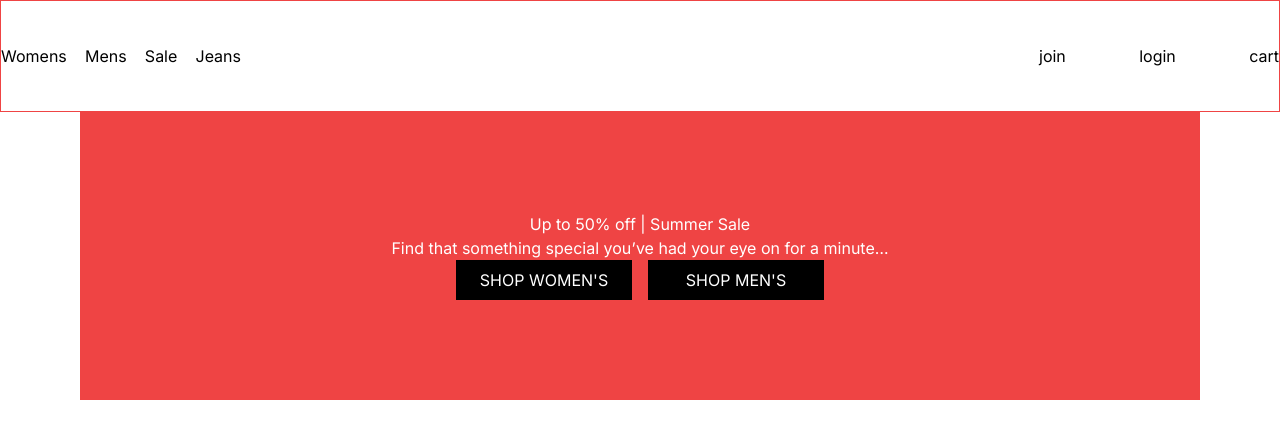
Repository: harrywebb21/stil-clothing
Page: /
The author's editor kept a copy of each file at every save. The page is drawn from the files as they stood at one save, then again after the next save.
The browser window is 1280 px wide. The pictures show the whole page.
The project was rebuilt for these pictures with package versions that can differ from the ones it lists, and the page was loaded fresh each time. The framework's server and built-in components were replaced by stand-ins that run in the browser. Also part of the build but not shown: next.config.js.

Above is the page before, as saved 2023-06-08 16:10:19.

After the next save:
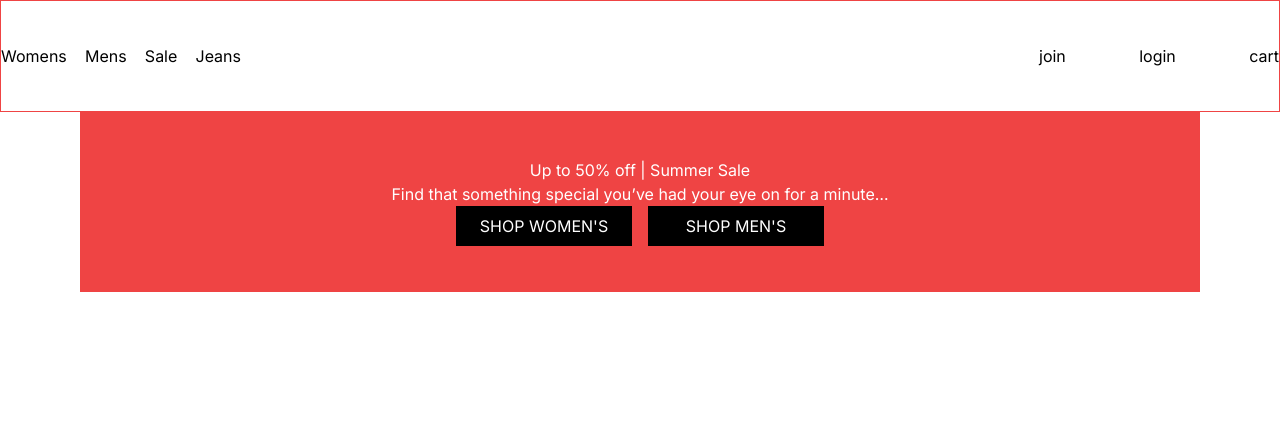
Saved 109 s later.
--- a/src/app/components/SaleBox.js
+++ b/src/app/components/SaleBox.js
@@ -1,6 +1,6 @@
 export default function SaleBox() {
   return (
-    <div className="flex flex-col justify-center items-center h-72 bg-red-500 text-white w-screen m">
+    <div className="flex flex-col justify-center items-center h-[180px] bg-red-500 text-white w-screen m">
       <h1> Up to 50% off | Summer Sale</h1>
       <p>Find that something special you’ve had your eye on for a minute…</p>
       <div className="gap-4 flex">
